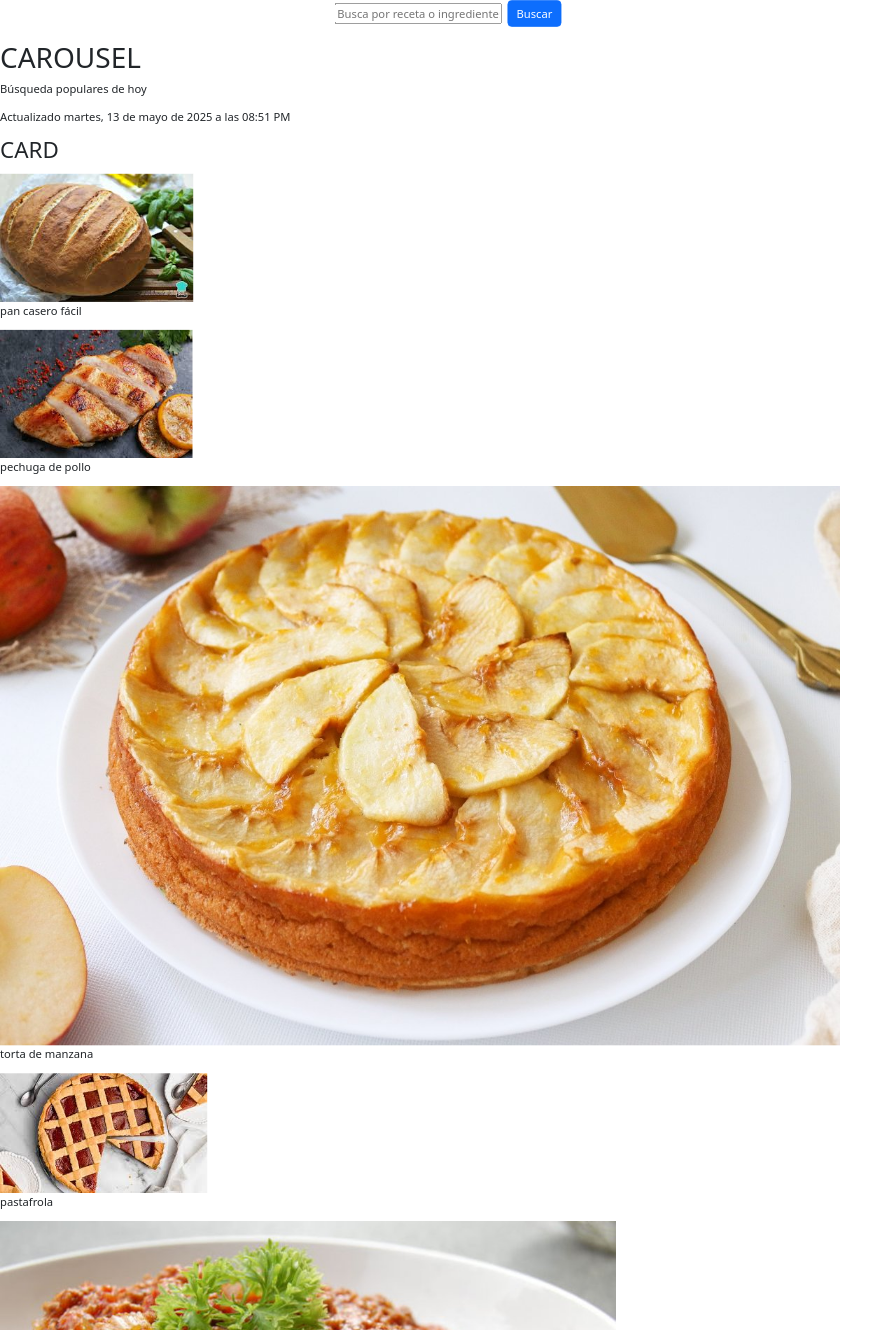
Repository: lucasp3113/coockpad
Page: index.html
These files come from the project's save history. The page is drawn as it stood at one moment and after the next save; the edit follows.
The browser window is 1280 px wide. The pictures show the part of the page from y = 336 to 2236 px (the page is 3670 px tall), at 70% of full size.
A picture or video elsewhere on the page could not be fetched, so the positions and the page height are approximate.

Above is the page before, as saved 2025-05-14 09:08:14.

After the next save:
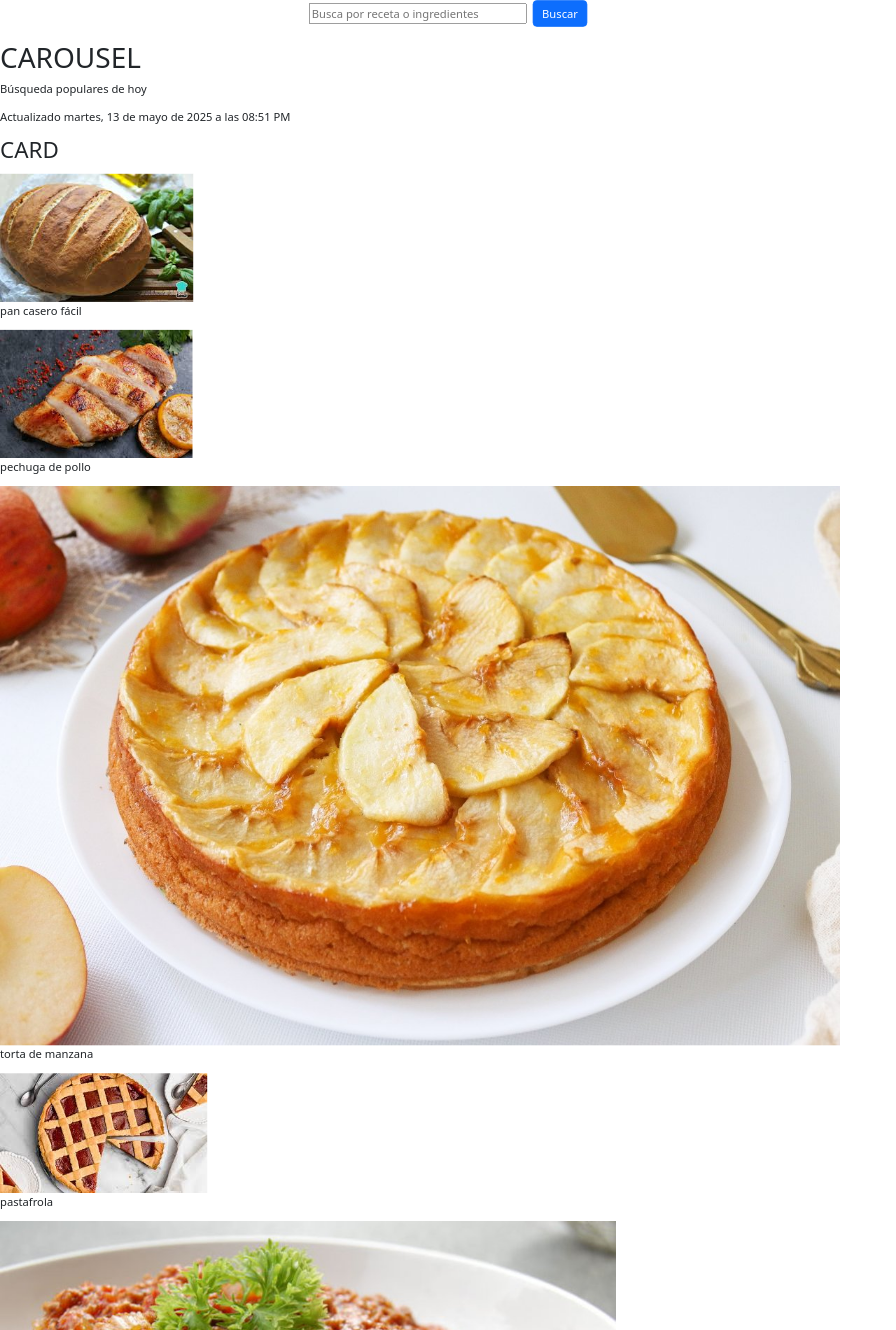
Saved 2 min 1 s later.
--- a/index.html
+++ b/index.html
@@ -14,7 +14,7 @@
         <h1>cookpad</h1>
     </header>
     <nav class="d-flex flex-row d-flex justify-content-center d-flex align-items-center m-3">
-        <input type="text" class="m-1" placeholder="Busca por receta o ingredientes"/>
+        <input type="text" class="m-1 w-25" placeholder="Busca por receta o ingredientes"/>
         <button type="submit" class="btn btn-primary m-1">Buscar</button>
     </nav>
     <main>
